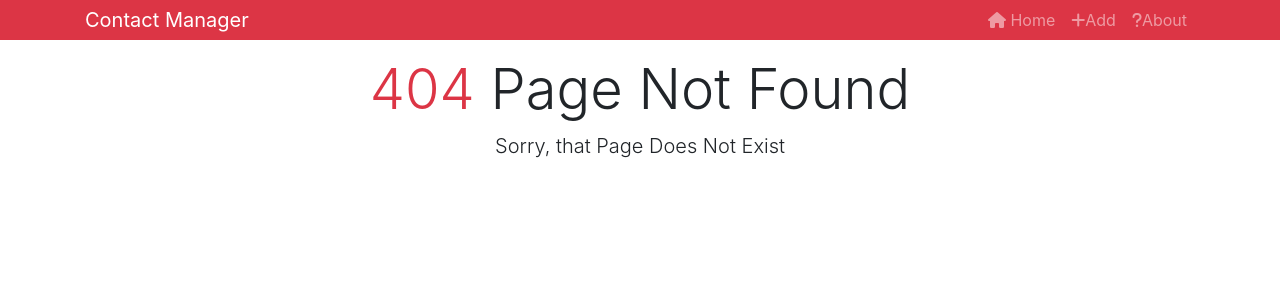
Repository: IkennaU/contactmanager
Page: /test
An editor plug-in stored every save of this project. The page is shown before and after the next save, followed by the edit.
The browser window is 1280 px wide. The pictures show the whole page.
The page's requests for data from a server got no answer. Some web libraries are served in a nearby version. The project was rebuilt for these pictures with package versions that can differ from the ones it lists, and the page was loaded fresh each time. No one was signed in, and anything a server would have sent is missing. Also part of the build but not shown: src/components/contacts/Contact.js, src/components/contacts/Contacts.js, src/components/layout/TextInputGroup.js, src/components/contacts/AddContact.js, src/components/pages/About.js.

Above is the page before, as saved 2020-07-23 02:31:06.

### public/index.html
<!DOCTYPE html>
<html lang="en">
  <head>
    <meta charset="utf-8" />
    <link rel="icon" href="%PUBLIC_URL%/favicon.ico" />
    <meta name="viewport" content="width=device-width, initial-scale=1" />
    <meta name="theme-color" content="#000000" />
    <meta
      name="description"
      content="Web site created using create-react-app"
    />
    <link rel="apple-touch-icon" href="%PUBLIC_URL%/logo192.png" />
    <!--
      manifest.json provides metadata used when your web app is installed on a
      user's mobile device or desktop. See https://developers.google.com/web/fundamentals/web-app-manifest/
    -->
    <link rel="manifest" href="%PUBLIC_URL%/manifest.json" />
    <!--
      Notice the use of %PUBLIC_URL% in the tags above.
      It will be replaced with the URL of the `public` folder during the build.
      Only files inside the `public` folder can be referenced from the HTML.

      Unlike "/favicon.ico" or "favicon.ico", "%PUBLIC_URL%/favicon.ico" will
      work correctly both with client-side routing and a non-root public URL.
      Learn how to configure a non-root public URL by running `npm run build`.
    -->
    <title>Contact Manager</title>
  </head>
  <body>
    <noscript>You need to enable JavaScript to run this app.</noscript>
    <div id="root"></div>
    <!--
      This HTML file is a template.
      If you open it directly in the browser, you will see an empty page.

      You can add webfonts, meta tags, or analytics to this file.
      The build step will place the bundled scripts into the <body> tag.

      To begin the development, run `npm start` or `yarn start`.
      To create a production bundle, use `npm run build` or `yarn build`.
    -->
  </body>
  <script src="https://kit.fontawesome.com/98795c63b9.js"></script>
</html>

### src/App.js
import React from "react";
import { BrowserRouter as Router, Route, Switch } from "react-router-dom";
import Contacts from "./components/contacts/Contacts";
import Header from "./components/layout/Header";
import AddContact from "./components/contacts/AddContact";
import About from "./components/pages/About";
import NotFound from "./components/pages/NotFound";
import test from "./components/pages/Test/test";
import "bootstrap/dist/css/bootstrap.min.css";
import { Provider } from "./context";

import "./App.css";

function App() {
  return (
    <Provider>
      <Router>
        <div className="App">
          <Header branding="Contact Manager" />
          <div className="container">
            <Switch>
              <Route exact path="/" component={Contacts} />
              <Route exact path="/contact/add" component={AddContact} />
              <Route exact path="/about" component={About} />
              <Route component={NotFound} />
            </Switch>
          </div>
        </div>
      </Router>
    </Provider>
  );
}

export default App;

### src/components/layout/Header.js
import React from "react";
import { Link } from "react-router-dom";
import PropTypes from "prop-types";

function Header(props) {
  return (
    <nav className="navbar navbar-expand-sm navbar-dark bg-danger mb-3 py-0">
      <div className="container">
        <a href="/" className="navbar-brand">
          {props.branding}
        </a>
        <div>
          <ul className="navbar-nav mr-auto">
            <li className="nav-item">
              <Link to="/" className="nav-link">
                <i className="fas fa-home"></i> Home
              </Link>
            </li>
            <li className="nav-item">
              <Link to="/contact/add" className="nav-link">
                <i className="fas fa-plus"></i>Add
              </Link>
            </li>
            <li className="nav-item">
              <Link to="/about" className="nav-link">
                <i className="fas fa-question"></i>About
              </Link>
            </li>
          </ul>
        </div>
      </div>
    </nav>
  );
}
Header.propTypes = { branding: PropTypes.string.isRequired };

export default Header;

### src/components/pages/NotFound.js
import React from "react";

function NotFound() {
  return (
    <div>
      <h1 className="display-4">
        <span className="text-danger">404</span> Page Not Found
      </h1>
      <p className="lead">Sorry, that Page Does Not Exist</p>
    </div>
  );
}

export default NotFound;

### src/context.js
import React, { Component } from "react";

const Context = React.createContext();
const reducer = (state, action) => {
  switch (action.type) {
    case "DELETE_CONTACT":
      return {
        ...state,
        contacts: state.contacts.filter(
          (contact) => contact.id !== action.payload
        ),
      };
    case "ADD_CONTACT":
      return {
        ...state,
        contacts: [action.payload, ...state.contacts],
      };
    default:
      return state;
  }
};

export class Provider extends Component {
  state = {
    contacts: [
      {
        id: 1,
        name: "John Doe",
        email: "jdoe@gmail.com",
        phone: "090-8765-4356",
      },
      {
        id: 2,
        name: "Karen Williams",
        email: "karen@gmail.com",
        phone: "090-6665-4446",
      },
      {
        id: 3,
        name: "Henry Johnson",
        email: "henry@gmail.com",
        phone: "090-5555-4356",
      },
    ],
    dispatch: (action) => {
      this.setState((state) => reducer(state, action));
    },
  };
  render() {
    return (
      <Context.Provider value={this.state}>
        {this.props.children}
      </Context.Provider>
    );
  }
}
export const Consumer = Context.Consumer;

### src/components/pages/Test/test.js
import React, { Component } from "react";
import PropTypes from "prop-types";

class test extends Component {
  static propTypes = {};

  state = {
    test: "test",
  };
  componentDidMount() {
    fetch("https://jsonplaceholder.typicode.com/todos/1")
      .then((response) => response.json())
      .then((json) => console.log(json));
  }

  render() {
    return (
      <div>
        <h1>Test Component</h1>
      </div>
    );
  }
}

export default test;

Loaded but not shown: src/index.js (common file); src/serviceWorker.js (common file); src/App.css (common file)

After the next save:
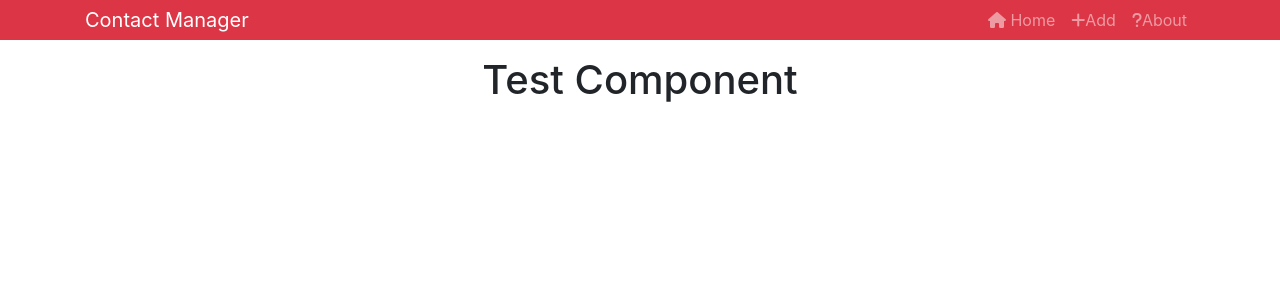
Saved 81 s later.
--- a/src/App.js
+++ b/src/App.js
@@ -22,6 +22,7 @@ function App() {
               <Route exact path="/" component={Contacts} />
               <Route exact path="/contact/add" component={AddContact} />
               <Route exact path="/about" component={About} />
+              <Route exact path="/test" component={test} />
               <Route component={NotFound} />
             </Switch>
           </div>
